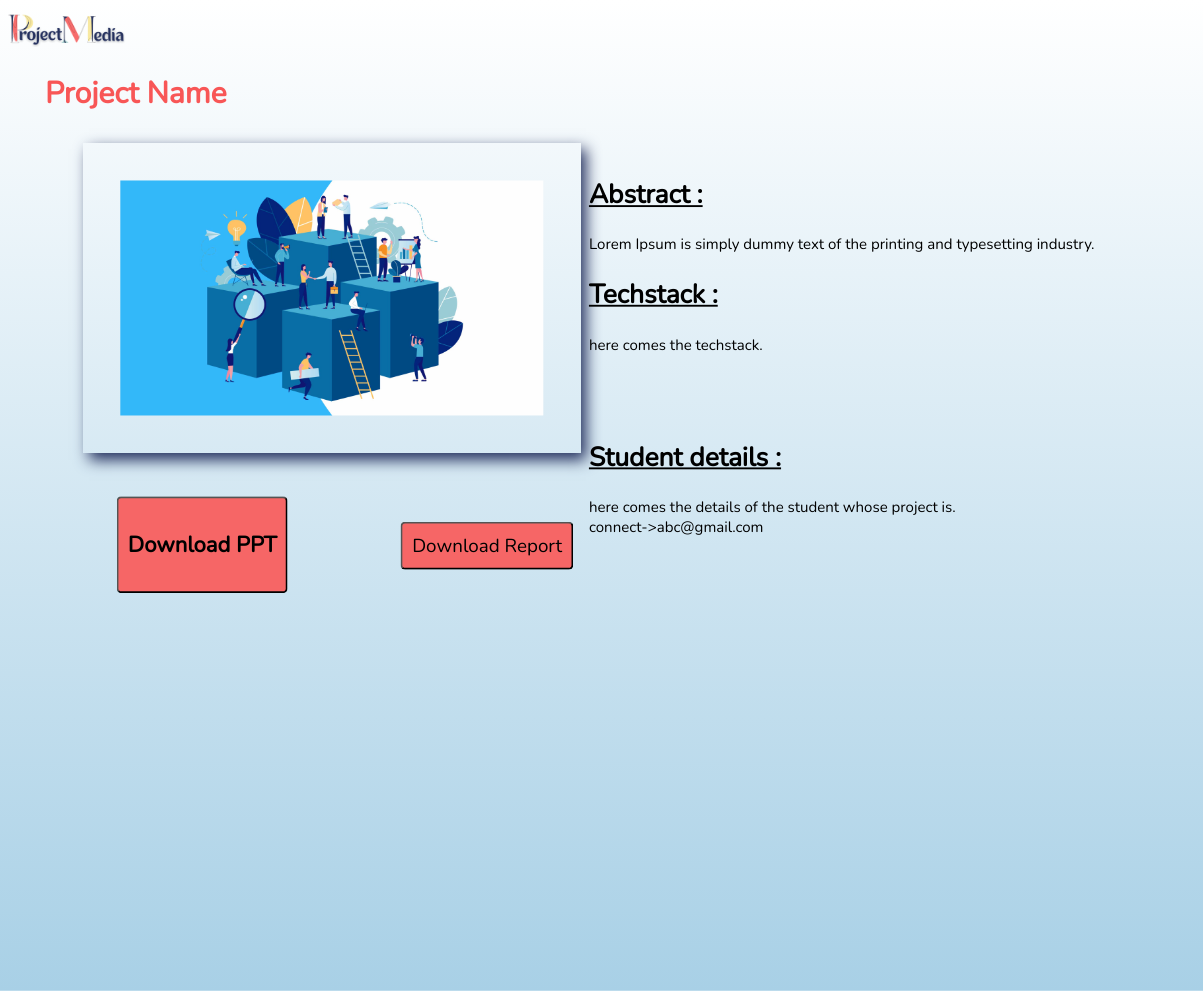
Repository: Sanskriti002/Projectpage
Page: index.html
An editor plug-in stored every save of this project. The page is shown before and after the next save, followed by the edit.
The browser window is 1280 px wide. The pictures show the whole page, at 94% of full size.

Above is the page before, as saved 2023-09-21 11:56:22.

### index.html
<!DOCTYPE html>
<html lang="en">
<head>
    <meta charset="UTF-8">
    <meta name="viewport" content="width=device-width, initial-scale=1.0">
    <title>Projects</title>
    <link rel="preconnect" href="https://fonts.googleapis.com">
<link rel="preconnect" href="https://fonts.gstatic.com" crossorigin>
<link href="https://fonts.googleapis.com/css2?family=Montserrat:wght@300;400;900&family=Nunito&family=Ubuntu&display=swap" rel="stylesheet">
<link rel="stylesheet" href="style.css">
</head>
<body>
    <div>
        <img src="logoss.png" alt="logos">
    </div>
    <div>
        <h1>Project Name</h1>
    </div>
    <section class="project">
        <img src="project.jpg" alt="projectimage">
    </section>
    <section>
        <button type="button" class="btn" onclick="alert('Downloaded')"> <h3>Download PPT</h3></button>
        <button type="button" class="btn" onclick="alert('Downloaded')">Download Report</button>
    </section>
    <section class="content">
        <h2><u>Abstract :</u></h2></h2>
        <p>Lorem Ipsum is simply dummy text of the printing and typesetting industry.
            </p>
        <h2><u>Techstack :</u></h2>
        <p>here comes the techstack.<br>
        <br><br><br>
    </p>
        <h2><u>Student details :</u></h2>
        <p>here comes the details of the student whose project is.<br>
            connect->abc@gmail.com
        </p>


    </section>

</body>
</html>

### style.css
*{
    font-family: 'Nunito', sans-serif;

}
body{
    background:linear-gradient(white,#a8d0e6) ;
}
img {

    margin:0px;
    padding:0px;
    width:10%;
}
h1 {
    margin-left:40px;
    color:#f85656;
    font-size:32px;
}
.project img {
    width:450px;
    height:250px;
    padding: 40px;
    box-shadow: 7px 7px  15px  #24305e;
    margin-left:80px;
    margin-top: 10px;
    display:inline-flex;



}

.btn {
    background-color:#f66666;
    border-radius: 5px;
    color:black;
    text-align: center;
    text-decoration:none;
    display:inline-block;
    font-size:20px;
    padding: 10px;
    margin-left: 116px;
    margin-top: 40px;
    cursor:pointer;

}

.btn:hover {

}

.content {
    float:right;
    text-align: left;
    transform:translate(-20%,-110%);

}

.content h2{
    font-size: 28px;
}
.student {
    float:right;
}

After the next save:
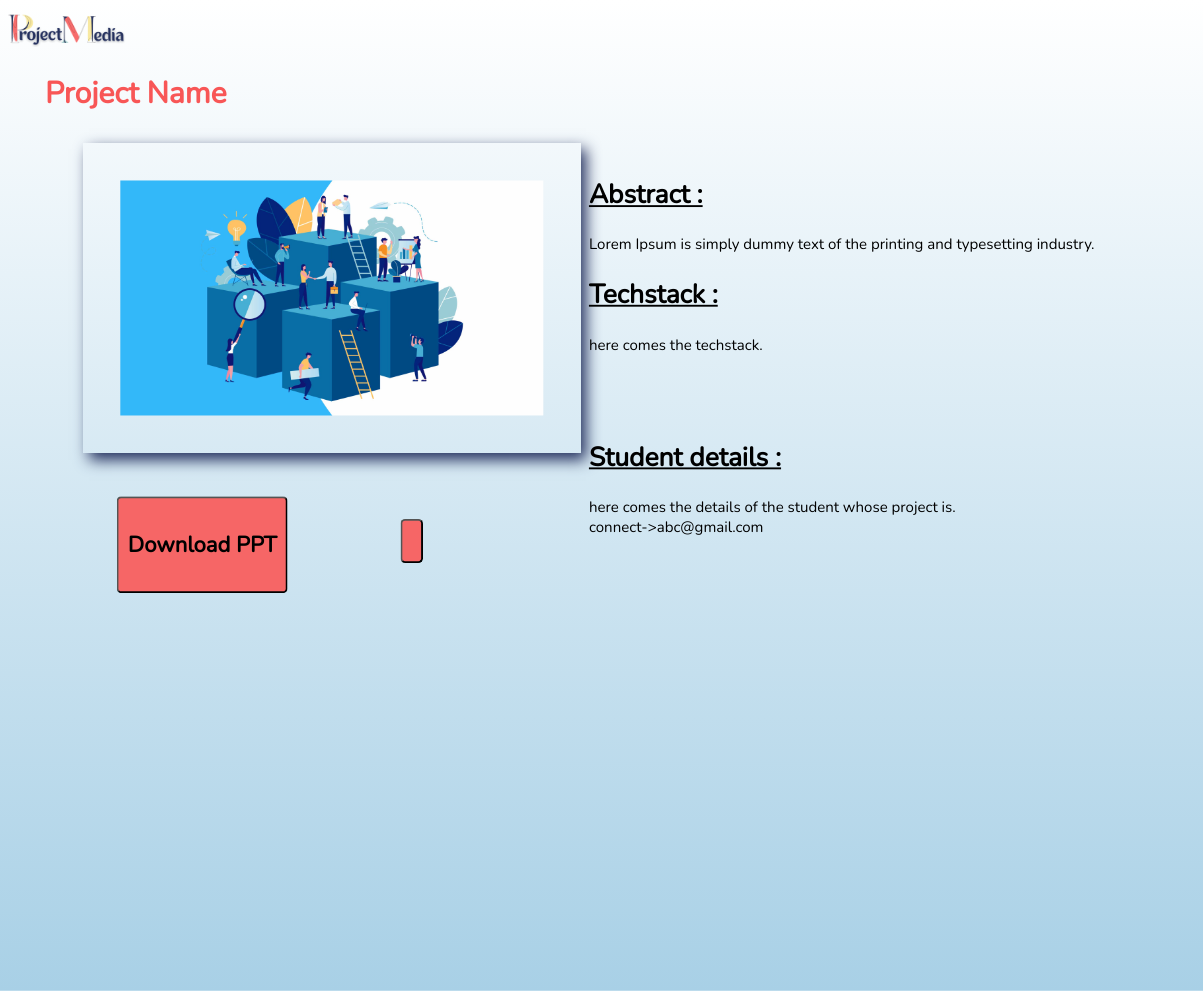
Saved 7 s later.
--- a/index.html
+++ b/index.html
@@ -21,7 +21,7 @@
     </section>
     <section>
         <button type="button" class="btn" onclick="alert('Downloaded')"> <h3>Download PPT</h3></button>
-        <button type="button" class="btn" onclick="alert('Downloaded')">Download Report</button>
+        <button type="button" class="btn" onclick="alert('Downloaded')"><h3></h3></button>
     </section>
     <section class="content">
         <h2><u>Abstract :</u></h2></h2>
